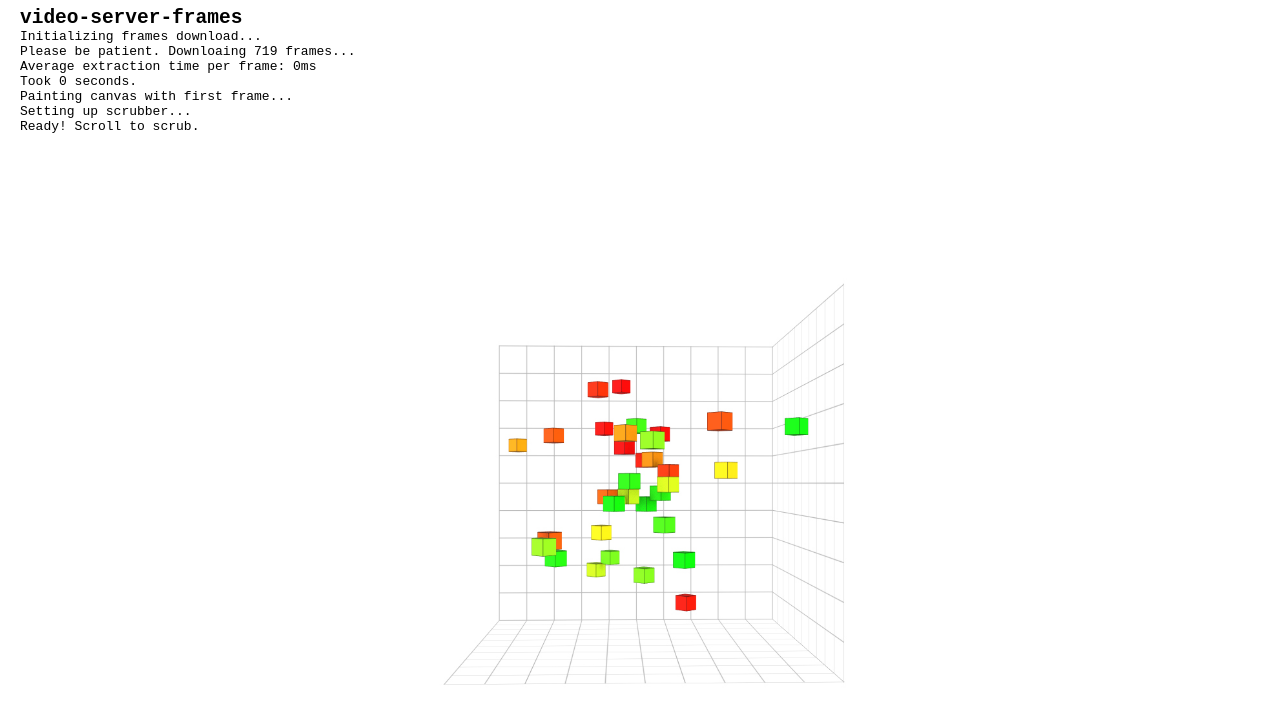
Repository: ceeskaan/ceeskaan.github.io
Page: index.html
These files come from the project's save history. The page is drawn as it stood at one moment and after the next save; the edit follows.
The browser window is 1280 px wide. The pictures show the window.
A layer covers the whole window, so only the first screen is drawn. Some web libraries are served in a nearby version.

Above is the page before, as saved 2022-02-09 20:50:51.
Console error (its wording comes from the project's code and is left out).

After the next save:
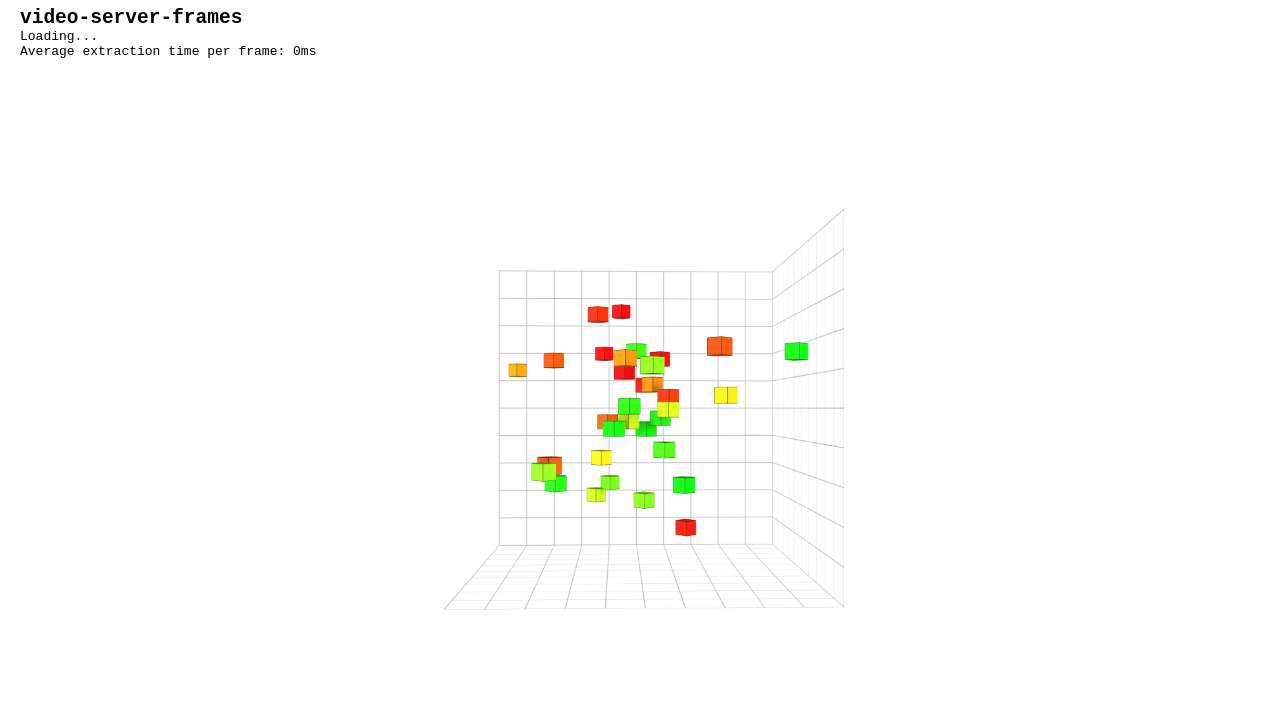
Saved 83 s later.
--- a/assets/main.js
+++ b/assets/main.js
@@ -12,9 +12,7 @@
     const framesUrlEnd = parseInt(framesUrlElement.dataset.frameEnd, 10);
     const framesIdPadding = parseInt(framesUrlElement.dataset.frameIdPadding, 10);
 
-    log(`Initializing frames download...`);
-
-    log(`Please be patient. Downloaing ${framesUrlEnd} frames...`);
+    log('Loading...');
 
     const startTime = Date.now();
 
@@ -27,9 +25,7 @@
 
     const endTime = Date.now();
 
-    log(`Took ${(endTime - startTime) / 1000} seconds.`);
 
-    log('Painting canvas with first frame...');
 
     const canvas = document.createElement('canvas');
     canvas.classList.add('canvas');
@@ -40,14 +36,13 @@
 
     videoContainer.appendChild(canvas);
 
-    log('Setting up scrubber...');
+
 
     const observer = CanvasFrameScrubber.create(context, frames);
 
     const observable = new ScrollObservable();
     observable.subscribe(observer);
 
-    log('Ready! Scroll to scrub.');
 
     stopProgress();
 })();
